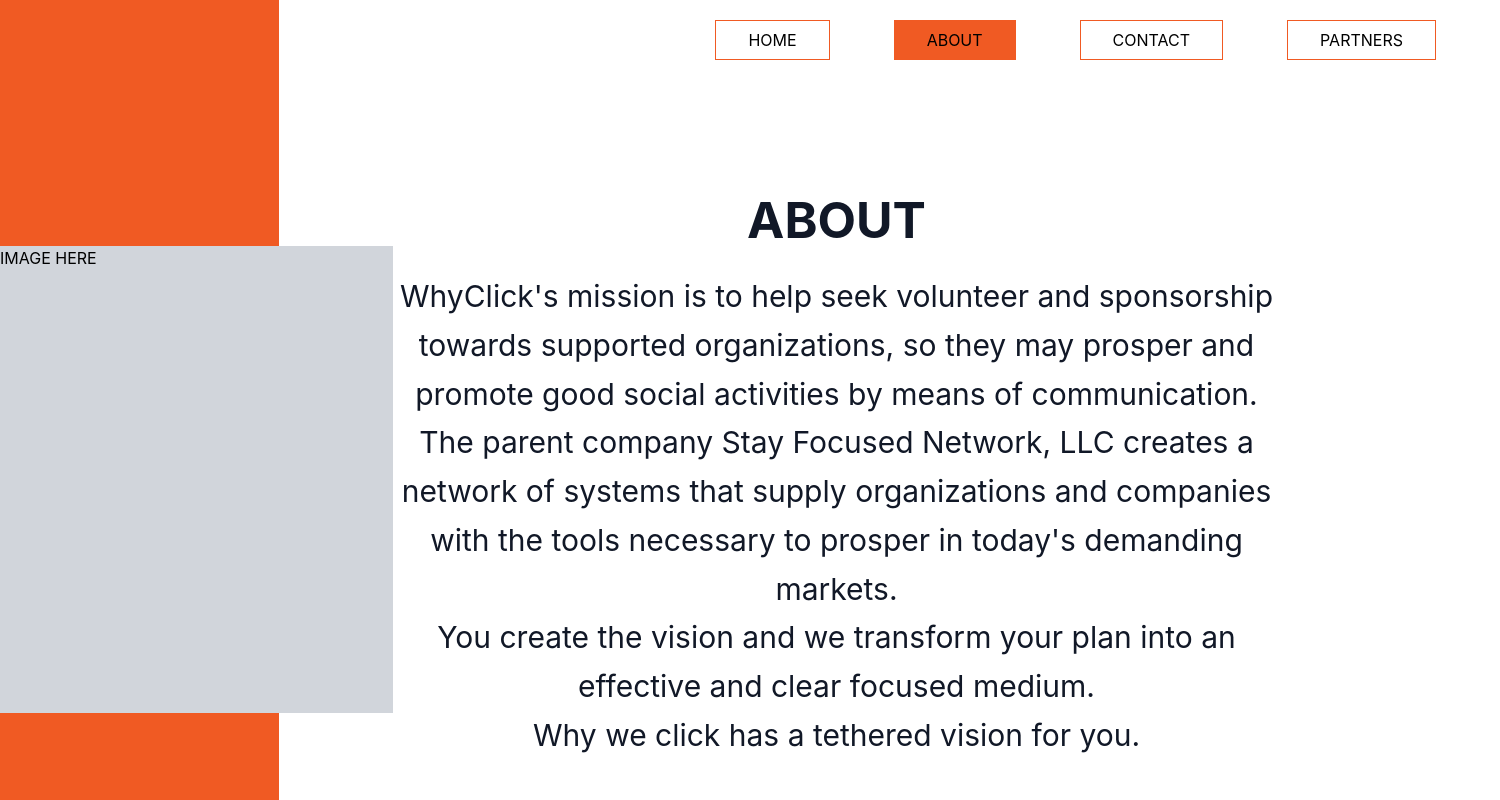
Repository: legenddev1202/whyclicktv
Page: /about
An editor plug-in stored every save of this project. The page is shown before and after the next save, followed by the edit.
The browser window is 1280 px wide. The page is 1500 px wide, so the pictures cover 1500 px, including what lies to the right of the window. The pictures show the whole page.
The project was rebuilt for these pictures with package versions that can differ from the ones it lists, and the page was loaded fresh each time. Also part of the build but not shown: src/App.css, src/pages/home.js, src/pages/contact.js, src/pages/partners.js, src/pages/referral.js.

Above is the page before, as saved 2022-03-31 15:54:26.

After the next save:
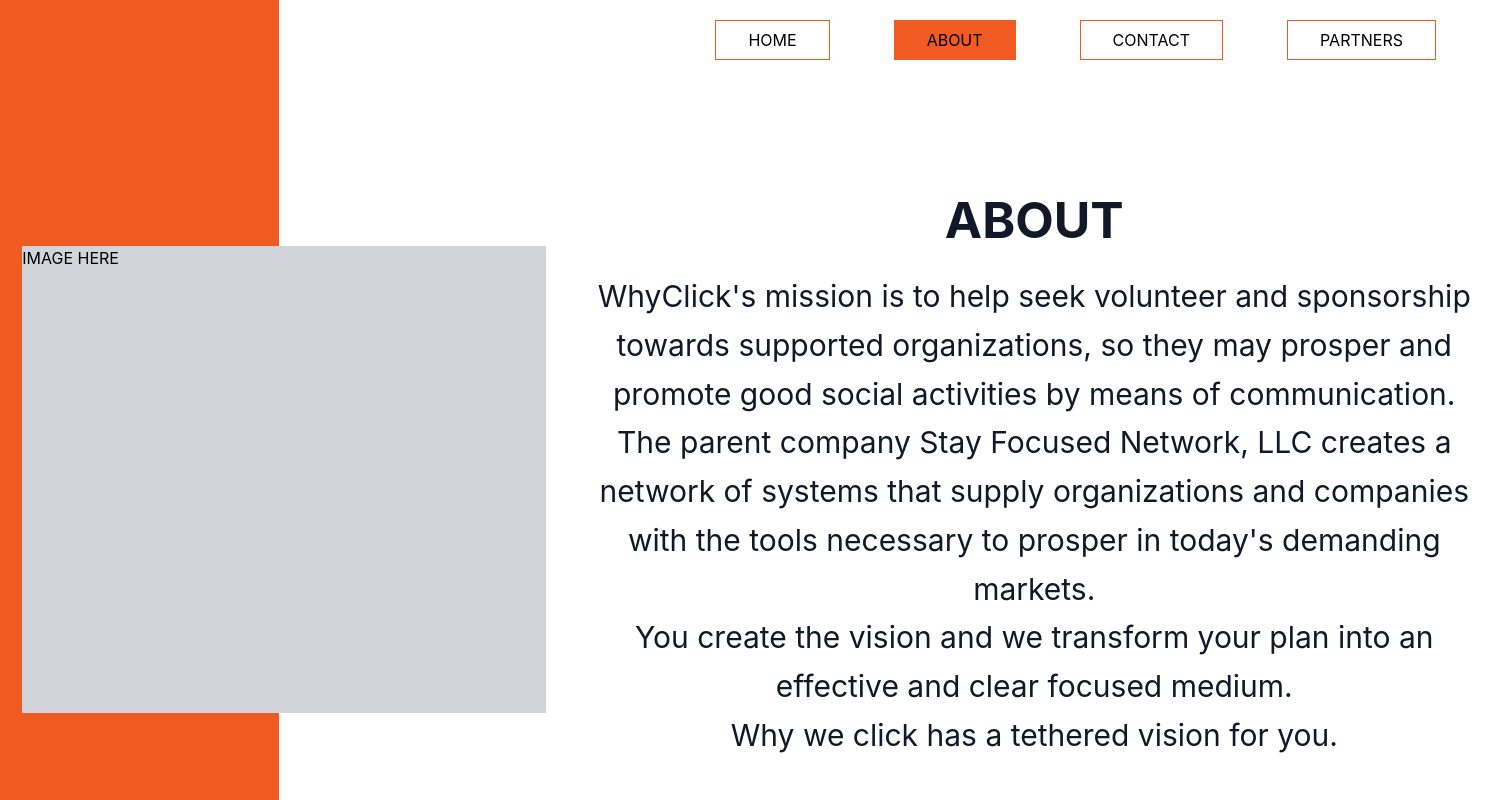
Saved 55 s later.
--- a/src/pages/about.js
+++ b/src/pages/about.js
@@ -3,7 +3,7 @@ import { Routes, Route, Link } from "react-router-dom";
 
 function About() {
   return (
-    <div style={{ minWidth: 1500 }}>
+    <div>
       <div className="bg-transparent w-full h-20 flex items-center px-8 justify-between z-0">
         <div>
           <div
@@ -41,7 +41,7 @@ function About() {
 
       <div
         className="flex w-full items-center justify-around absolute z-20 mx-auto ml-auto"
-        style={{ top: "200px" }}
+        style={{ top: "200px", minWidth: 1500 }}
       >
         <div
           className="bg-gray-300"
